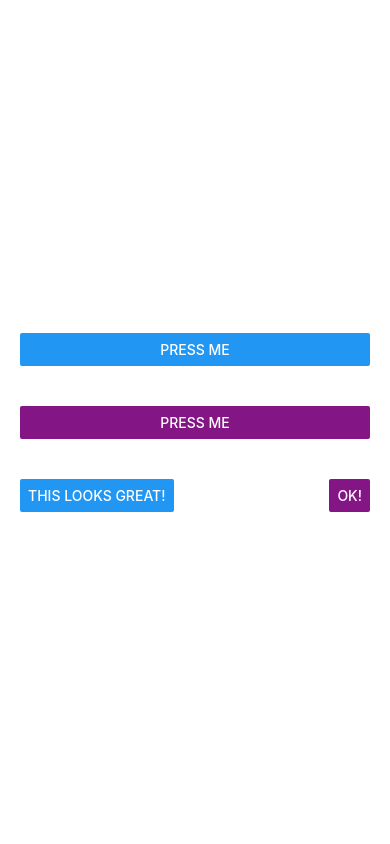
Repository: Waikato153/AwesomeProject
Screen: /
The author's editor kept a copy of each file at every save. The screen is drawn from the files as they stood at one save, then again after the next save.
The app was drawn by React Native's web renderer in a window 390 px wide. The project was rebuilt for these pictures with package versions that can differ from the ones it lists, and the page was loaded fresh each time.

Above is the screen before, as saved 2024-02-27 10:29:16.

### App.js
import React, {Component} from 'react';
import {Alert, Button, StyleSheet, View} from 'react-native';

export default class ButtonBasics extends Component {
  _onPressButton() {
    Alert.alert('You tapped the button!');
  }

  render() {
    return (
      <View style={styles.container}>
        <View style={styles.buttonContainer}>
          <Button onPress={this._onPressButton} title="Press Me" />
        </View>
        <View style={styles.buttonContainer}>
          <Button
            onPress={this._onPressButton}
            title="Press Me"
            color="#841584"
          />
        </View>
        <View style={styles.alternativeLayoutButtonContainer}>
          <Button onPress={this._onPressButton} title="This looks great!" />
          <Button onPress={this._onPressButton} title="OK!" color="#841584" />
        </View>
      </View>
    );
  }
}

const styles = StyleSheet.create({
  container: {
    flex: 1,
    justifyContent: 'center',
  },
  buttonContainer: {
    margin: 20,
  },
  alternativeLayoutButtonContainer: {
    margin: 20,
    flexDirection: 'row',
    justifyContent: 'space-between',
  },
});

After the next save:
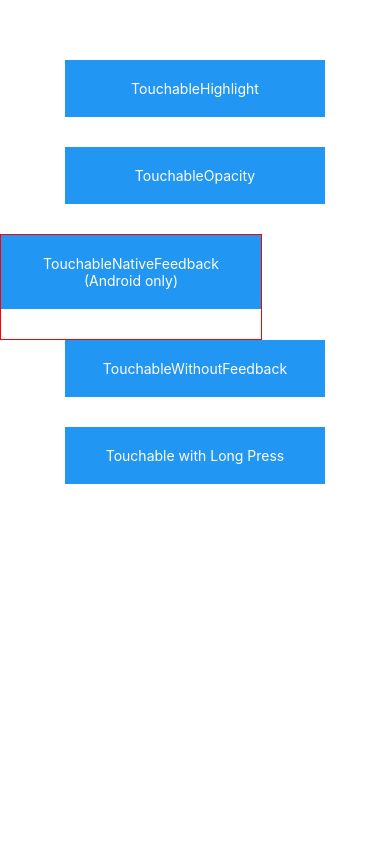
Saved 19 min 14 s later.
--- a/App.js
+++ b/App.js
@@ -1,28 +1,65 @@
 import React, {Component} from 'react';
-import {Alert, Button, StyleSheet, View} from 'react-native';
+import {
+  Alert,
+  Platform,
+  StyleSheet,
+  Text,
+  TouchableHighlight,
+  TouchableOpacity,
+  TouchableNativeFeedback,
+  TouchableWithoutFeedback,
+  View,
+} from 'react-native';
 
-export default class ButtonBasics extends Component {
+export default class Touchables extends Component {
   _onPressButton() {
     Alert.alert('You tapped the button!');
+  }
+
+  _onLongPressButton() {
+    Alert.alert('You long-pressed the button!');
   }
 
   render() {
     return (
       <View style={styles.container}>
-        <View style={styles.buttonContainer}>
-          <Button onPress={this._onPressButton} title="Press Me" />
-        </View>
-        <View style={styles.buttonContainer}>
-          <Button
-            onPress={this._onPressButton}
-            title="Press Me"
-            color="#841584"
-          />
-        </View>
-        <View style={styles.alternativeLayoutButtonContainer}>
-          <Button onPress={this._onPressButton} title="This looks great!" />
-          <Button onPress={this._onPressButton} title="OK!" color="#841584" />
-        </View>
+        <TouchableHighlight onPress={this._onPressButton} underlayColor="white">
+          <View style={styles.button}>
+            <Text style={styles.buttonText}>TouchableHighlight</Text>
+          </View>
+        </TouchableHighlight>
+        <TouchableOpacity onPress={this._onPressButton}>
+          <View style={styles.button}>
+            <Text style={styles.buttonText}>TouchableOpacity</Text>
+          </View>
+        </TouchableOpacity>
+        <TouchableNativeFeedback
+          onPress={this._onPressButton}
+          background={
+            Platform.OS === 'android'
+              ? TouchableNativeFeedback.SelectableBackground()
+              : undefined
+          }>
+          <View style={styles.button}>
+            <Text style={styles.buttonText}>
+              TouchableNativeFeedback{' '}
+              {Platform.OS !== 'android' ? '(Android only)' : ''}
+            </Text>
+          </View>
+        </TouchableNativeFeedback>
+        <TouchableWithoutFeedback onPress={this._onPressButton}>
+          <View style={styles.button}>
+            <Text style={styles.buttonText}>TouchableWithoutFeedback</Text>
+          </View>
+        </TouchableWithoutFeedback>
+        <TouchableHighlight
+          onPress={this._onPressButton}
+          onLongPress={this._onLongPressButton}
+          underlayColor="white">
+          <View style={styles.button}>
+            <Text style={styles.buttonText}>Touchable with Long Press</Text>
+          </View>
+        </TouchableHighlight>
       </View>
     );
   }
@@ -30,15 +67,18 @@ export default class ButtonBasics extends Component {
 
 const styles = StyleSheet.create({
   container: {
-    flex: 1,
-    justifyContent: 'center',
+    paddingTop: 60,
+    alignItems: 'center',
   },
-  buttonContainer: {
-    margin: 20,
+  button: {
+    marginBottom: 30,
+    width: 260,
+    alignItems: 'center',
+    backgroundColor: '#2196F3',
   },
-  alternativeLayoutButtonContainer: {
-    margin: 20,
-    flexDirection: 'row',
-    justifyContent: 'space-between',
+  buttonText: {
+    textAlign: 'center',
+    padding: 20,
+    color: 'white',
   },
 });
